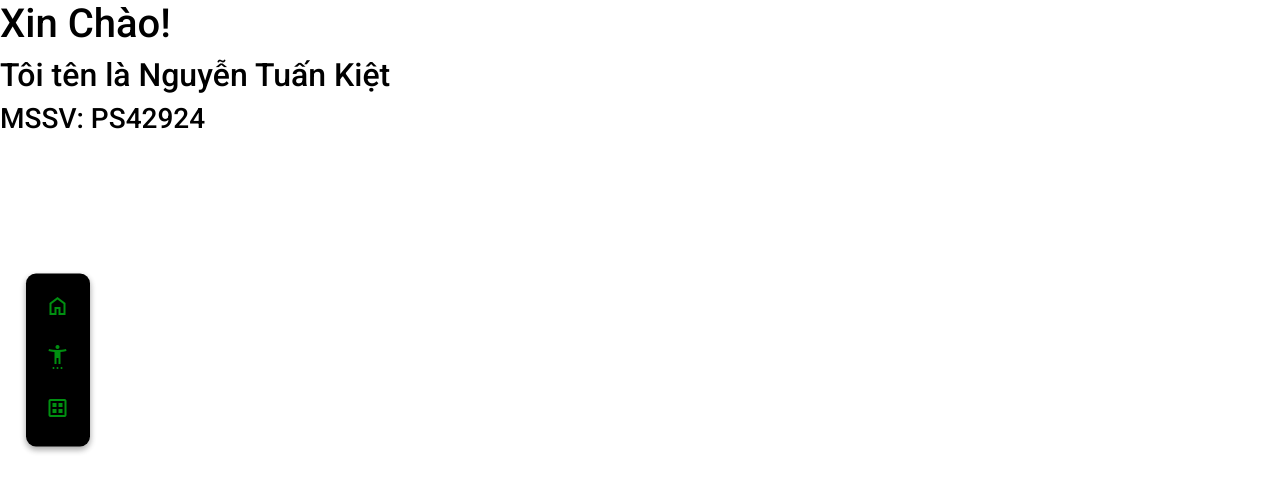
Repository: tuankiet10920/homeworkFEF
Page: /
An editor plug-in stored every save of this project. The page is shown before and after the next save, followed by the edit.
The browser window is 1280 px wide. The pictures show the whole page.
The project was rebuilt for these pictures with package versions that can differ from the ones it lists, and the page was loaded fresh each time. Also part of the build but not shown: vite.config.js, src/components/HelloWorld.vue.

Above is the page before, as saved 2024-10-23 12:13:10.

### index.html
<!doctype html>
<html lang="en">
  <head>
    <meta charset="UTF-8" />
    <link rel="icon" href="/favicon.ico" />
    <meta name="viewport" content="width=device-width, initial-scale=1.0" />
    <link
      href="https://cdn.jsdelivr.net/npm/bootstrap@5.3.3/dist/css/bootstrap.min.css"
      rel="stylesheet"
      integrity="sha384-QWTKZyjpPEjISv5WaRU9OFeRpok6YctnYmDr5pNlyT2bRjXh0JMhjY6hW+ALEwIH"
      crossorigin="anonymous"
    />
    <link
      rel="stylesheet"
      href="https://fonts.googleapis.com/css2?family=Material+Symbols+Outlined:opsz,wght,FILL,GRAD@20..48,100..700,0..1,-50..200"
    />
    <link rel="preconnect" href="https://fonts.googleapis.com" />
    <link rel="preconnect" href="https://fonts.gstatic.com" crossorigin />
    <link
      href="https://fonts.googleapis.com/css2?family=Roboto:ital,wght@0,100;0,300;0,400;0,500;0,700;0,900;1,100;1,300;1,400;1,500;1,700;1,900&display=swap"
      rel="stylesheet"
    />
    <title>Vite App</title>
    <link rel="stylesheet" href="./src/assets/css/main.css" />
  </head>
  <body>
    <div id="app"></div>
    <script
      src="https://cdn.jsdelivr.net/npm/bootstrap@5.3.3/dist/js/bootstrap.bundle.min.js"
      integrity="sha384-YvpcrYf0tY3lHB60NNkmXc5s9fDVZLESaAA55NDzOxhy9GkcIdslK1eN7N6jIeHz"
      crossorigin="anonymous"
    ></script>
    <script type="module" src="/src/main.js"></script>
  </body>
</html>

### src/assets/css/main.css
* {
  margin: 0;
  padding: 0;
  box-sizing: border-box;
  text-decoration: none;
  color: #000;
  font-size: 16px;
  font-family: 'Roboto', sans-serif;
  font-weight: 300;
  font-style: normal;
}

### src/App.vue
<script setup>
import { RouterLink, RouterView } from 'vue-router'
import HelloWorld from './components/HelloWorld.vue'
import Icon from './components/Icon.vue'
</script>

<template>
  <header>
    <div class="wrapper">
      <nav>
        <RouterLink to="/">
          <Icon iconName="home" />
        </RouterLink>

        <RouterLink to="/about">
          <Icon iconName="settings_accessibility" />
        </RouterLink>

        <RouterLink to="/labs">
          <Icon iconName="dataset" />
        </RouterLink>
      </nav>
    </div>
  </header>
  <RouterView />
</template>

<style scoped>
.wrapper nav a {
  margin-bottom: 20px;
  width: fit-content;
  text-decoration: none;
}
.wrapper nav a span {
  color: #009011;
}
.wrapper nav a:last-child {
  margin-bottom: 0;
}
nav {
  display: flex;
  flex-direction: column;
  justify-content: center;
  position: absolute;
  top: 50%;
  left: 2%;
  transform: translateY(-50%);
  padding: 20px;
  border-radius: 10px;
  background: #000;
  box-shadow:
    rgba(0, 0, 0, 0.16) 0px 3px 6px,
    rgba(0, 0, 0, 0.23) 0px 3px 6px;
}
</style>

### src/router/index.js
import { createRouter, createWebHistory } from 'vue-router'
import HomeView from '../views/HomeView.vue'

const router = createRouter({
  history: createWebHistory(import.meta.env.BASE_URL),
  routes: [
    {
      path: '/',
      name: 'home',
      component: HomeView,
    },
    {
      path: '/about',
      name: 'about',
      // route level code-splitting
      // this generates a separate chunk (About.[hash].js) for this route
      // which is lazy-loaded when the route is visited.
      component: () => import('../views/AboutView.vue'),
    },
    {
      path: '/labs',
      name: 'labs',
      component: () => import('../views/LabView.vue'),
    },
    // cac bai labs

    // Lab 1
    // {
    //   path: '/bai2lab1',
    //   name: 'bai2lab1',
    //   component: () => import('../Labs/Lab1/Bai2.vue'),
    // },
    // {
    //   path: '/bai3lab1',
    //   name: 'bai3lab1',
    //   component: () => import('../Labs/Lab1/Bai3.vue'),
    // },
    // {
    //   path: '/bai4lab1',
    //   name: 'bai4lab1',
    //   component: () => import('../Labs/Lab1/Bai4.vue'),
    // },
  ],
})

export default router

### src/components/Icon.vue
<script setup>
const props = defineProps(['iconName'])
</script>
<template>
  <span class="material-symbols-outlined"> {{ props.iconName }} </span>
</template>
<style scoped></style>

### src/views/HomeView.vue
<script setup></script>

<template>
  <main>
    <h1>Xin Chào!</h1>
    <h2>Tôi tên là Nguyễn Tuấn Kiệt</h2>
    <h3>MSSV: PS42924</h3>
  </main>
</template>

Loaded but not shown: src/main.js (common file)

After the next save:
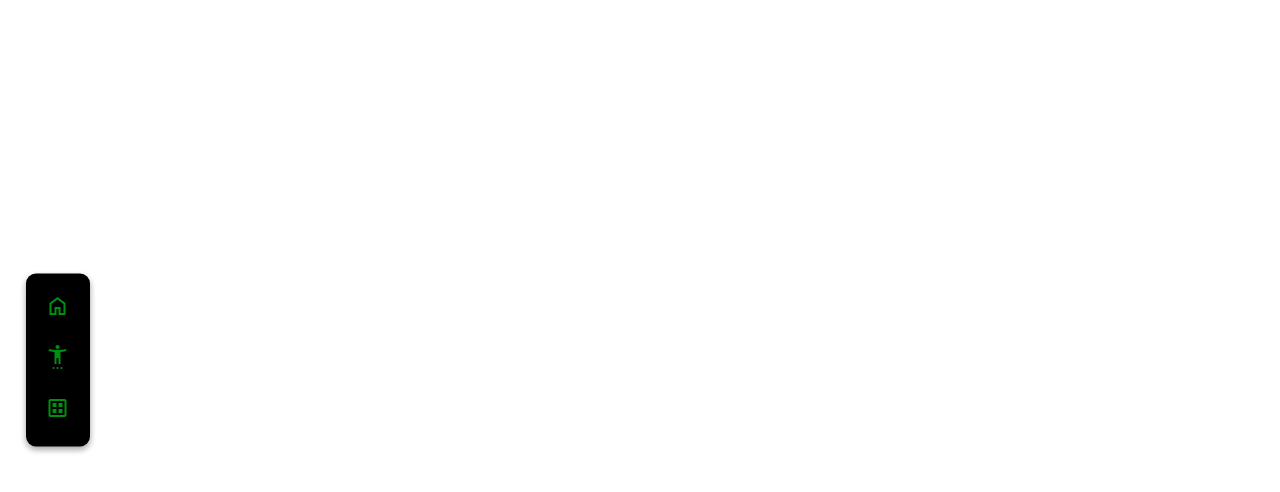
Console error: ReferenceError: router is not defined
Saved 16 s later.
--- a/src/views/HomeView.vue
+++ b/src/views/HomeView.vue
@@ -1,4 +1,6 @@
-<script setup></script>
+<script setup>
+console.log(router)
+</script>
 
 <template>
   <main>

After the 3 saves that followed:
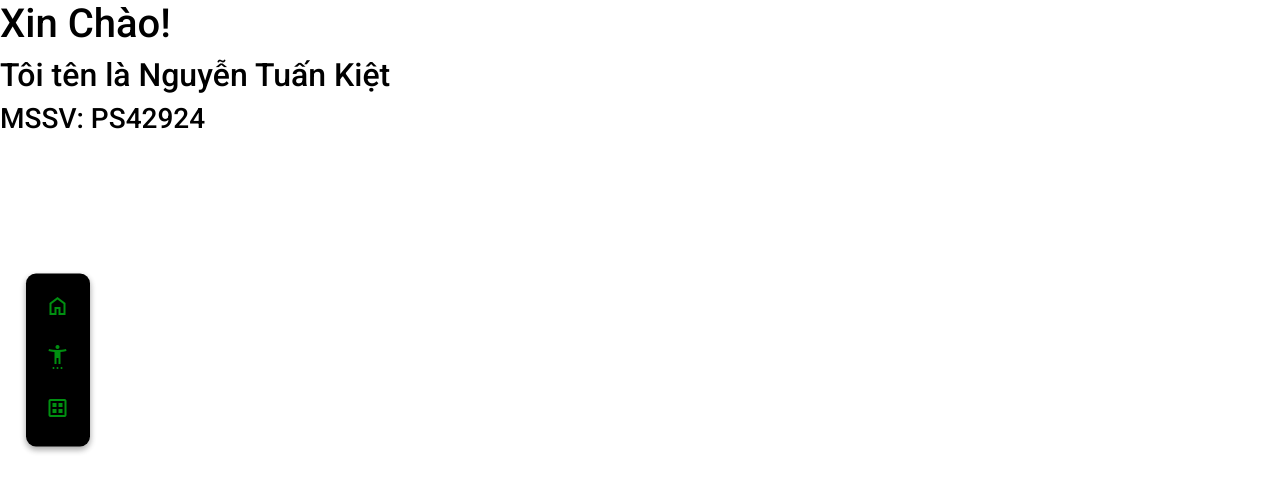
The error is gone.
The 3 saves are shown as one change because 2 left the picture as it was.
The last was saved 2 min 58 s later.
--- a/src/views/HomeView.vue
+++ b/src/views/HomeView.vue
@@ -1,6 +1,4 @@
-<script setup>
-console.log(router)
-</script>
+<script setup></script>
 
 <template>
   <main>
